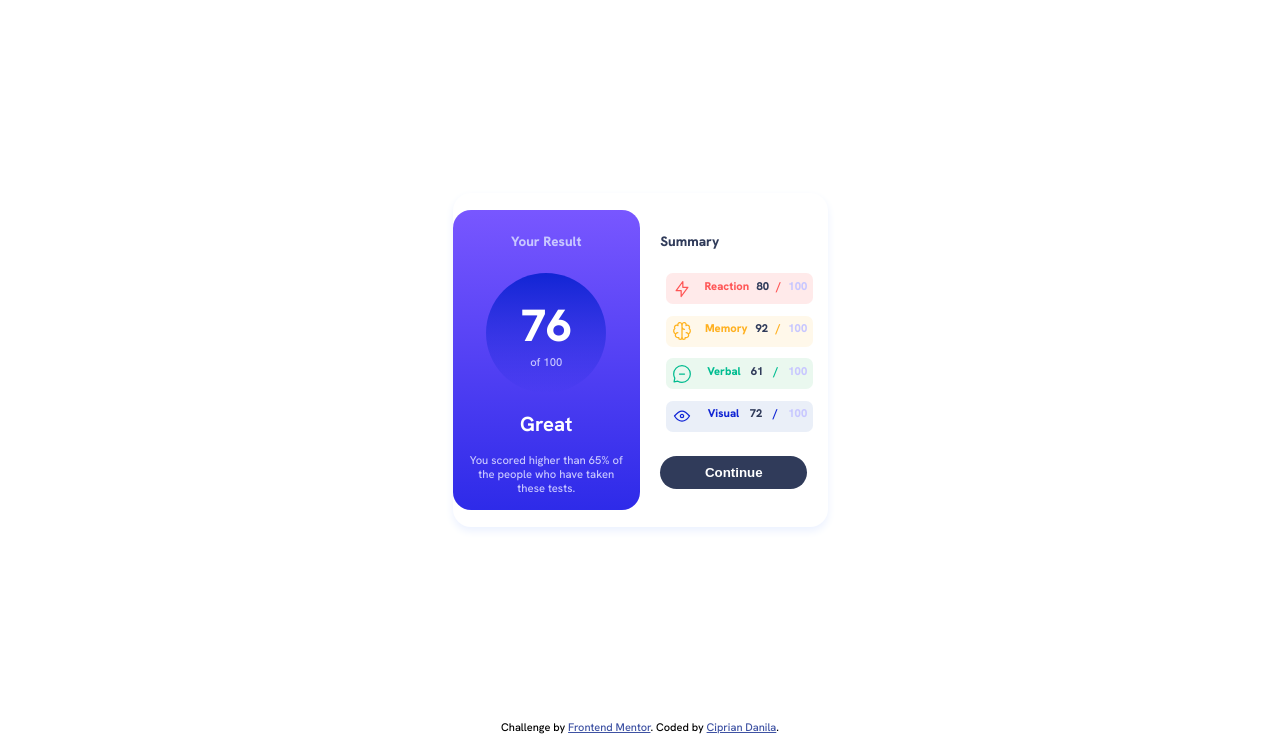
Repository: cipdanila/results-summary-component
Page: index.html
These files come from the project's save history. The page is drawn as it stood at one moment and after the next save; the edit follows.
The browser window is 1280 px wide. The pictures show the whole page.

Above is the page before, as saved 2024-02-02 20:38:23.

### index.html
<!DOCTYPE html>
<html lang="en">
    <head>
        <meta charset="UTF-8" />
        <meta name="viewport" content="width=device-width, initial-scale=1.0" />
        <!-- displays site properly based on user's device -->

        <link rel="icon" type="image/png" sizes="32x32" href="./assets/images/favicon-32x32.png" />
        <link rel="stylesheet" href="styles.css" />
        <title>Frontend Mentor | Results summary component</title>
    </head>
    <body>
        <main>
            <div class="card">
                <div class="result">
                    <p id="result-title">Your Result</p>
                    <div class="score-circle">
                        <div class="big-num">76</div>
                        <div class="small-text">of 100</div>
                    </div>
                    <h4>Great</h4>
                    <p>You scored higher than 65% of the people who have taken these tests.</p>
                </div>
                <div class="summary">
                    <p id="summary">Summary</p>
                    <div class="reaction">
                        <img src="./assets/images/icon-reaction.svg" alt="raction icon" />
                        <p>Reaction</p> <span class="percent">80</span> / <span class="hundred">100</span>
                    </div>
                    <div class="memory">
                        <img src="./assets/images/icon-memory.svg" alt="memory icon" />
                        <p>Memory</p> <span class="percent">92</span> / <span class="hundred">100</span>
                    </div>
                    <div class="verbal">
                        <img src="./assets/images/icon-verbal.svg" alt="verbal icon" />
                        <p>Verbal</p> <span class="percent">61</span> / <span class="hundred">100</span>
                    </div>
                    <div class="visual">
                        <img src="./assets/images/icon-visual.svg" alt="visual icon" />
                        <p>Visual</p> <span class="percent">72</span> / <span class="hundred">100</span>
                    </div>
                    <button class="continue" type="button">Continue</button>
                </div>
            </div>
        </main>

        <footer>
            <div class="attribution">
                Challenge by
                <a
                    href="https://www.frontendmentor.io/challenges/results-summary-component-CE_K6s0maV/hub"
                    target="_blank"
                    rel="noopener noreferer"
                    >Frontend Mentor</a
                >. Coded by <a href="https://github.com/cipdanila" target="_blank" rel="noopener noreferer">Ciprian Danila</a>.
            </div>
        </footer>
    </body>
</html>

### styles.css
@import url("https://fonts.googleapis.com/css2?family=Hanken+Grotesk:wght@500;700;800&display=swap");

:root {
    /* Colors */
    /* Primary */
    --light-red: hsl(0, 100%, 67%);
    --orange-yellow: hsl(39, 100%, 56%);
    --green-teal: hsl(166, 100%, 37%);
    --cobalt-blue: hsl(234, 85%, 45%);
    /* Gradients */
    --light-slate-blue: hsl(252, 100%, 67%); /*  (background) */
    --light-royal-blue: hsl(241, 81%, 54%); /* (background) */

    --violet-blue: hsla(256, 72%, 46%, 1); /* (circle) */
    --persian-blue: hsla(241, 72%, 46%, 0); /* (circle) */
    /* Neutral */
    --white: hsl(0, 0%, 100%);
    --pale-blue: hsl(221, 100%, 96%);
    --light-lavender: hsl(241, 100%, 89%);
    --dark-gray-blue: hsl(224, 30%, 27%);
}

*,
*::after,
*::before {
    box-sizing: border-box;
    margin: 0;
    padding: 0;
}

body,
html {
    height: 100%;
    font-family: "Hanken Grotesk", sans-serif;
    font-size: 1.125rem; /* 18px */
    font-weight: 300;
    background-color: var(--white);
}

main {
    display: flex;
    justify-content: center;
    align-items: center;
    height: 100%;
}

.card {
    max-width: 375px;
    border-radius: 1rem;
    box-shadow: 0 4px 8px 0 var(--pale-blue);
    display: flex;
    justify-content: center;
    align-items: center;
    background-color: var(--white);
}

.result {
    width: 50%;
    display: flex;
    flex-direction: column;
    justify-content: center;
    align-items: center;
    background: linear-gradient(to bottom, var(--light-slate-blue) 0%, var(--light-royal-blue) 100%);
    color: var(--white);
    border-radius: 1rem;
}

.result #result-title {
    padding: 1.25rem;
    font-weight: 800;
    font-size: 0.75rem;
}

.score-circle {
    width: 120px;
    height: 120px;
    border-radius: 50%;
    background: linear-gradient(to bottom, var(--cobalt-blue) 0%, var(--persian-blue) 100%);
    display: flex;
    flex-direction: column;
    justify-content: center;
    align-items: center;
}

.big-num {
    font-size: 2.5rem;
    font-weight: 800;
}

.small-text {
    font-size: 0.625rem;
    color: var(--light-lavender);
}

.result h4 {
    padding-top: 1rem;
}

.result p {
    font-size: 0.625rem;
    color: var(--light-lavender);
    padding: 0.875rem;
    text-align: center;
}

.summary {
    width: 50%;
    height: auto;
    display: flex;
    flex-direction: column;
    justify-content: center;
    padding: 1.125rem;
    font-weight: 800;
}

.summary p#summary {
    padding: 1rem 0;
    font-size: 0.75rem;
    font-weight: 800;
    color: var(--dark-gray-blue);
}

.summary div {
    width: 100%;
    padding: 0.313rem;
    margin: 0.313rem;
    font-size: 0.625rem;
    display: flex;
    justify-content: space-between;
    border-radius: 0.375rem;
}

.summary div img {
    margin-right: 0.313rem;
    width: auto;
}

.summary .percent {
    color: var(--dark-gray-blue);
}

.summary .hundred {
    color: var(--light-lavender);
}

.summary .reaction {
    background-color: rgba(255, 51, 51, 0.1);
    color: var(--light-red);
}

.summary .memory {
    background-color: rgba(255, 187, 51, 0.1);
    color: var(--orange-yellow);
}

.summary .verbal {
    background-color: rgba(51, 187, 102, 0.1);
    color: var(--green-teal);
}

.summary .visual {
    background-color: rgba(51, 102, 187, 0.1);
    color: var(--cobalt-blue);
    border-radius: 0.375rem;
}

button {
    width: 100%;
    padding: 0.5rem;
    margin: 1rem auto;
    display: flex;
    justify-content: center;
    align-items: center;
    color: var(--white);
    background-color: var(--dark-gray-blue);
    font-weight: 700;
    border-radius: 1rem;
    border: none;
    cursor: pointer;
}

.attribution {
    font-size: 11px;
    text-align: center;
}
.attribution a {
    color: hsl(228, 45%, 44%);
}

After the next save:
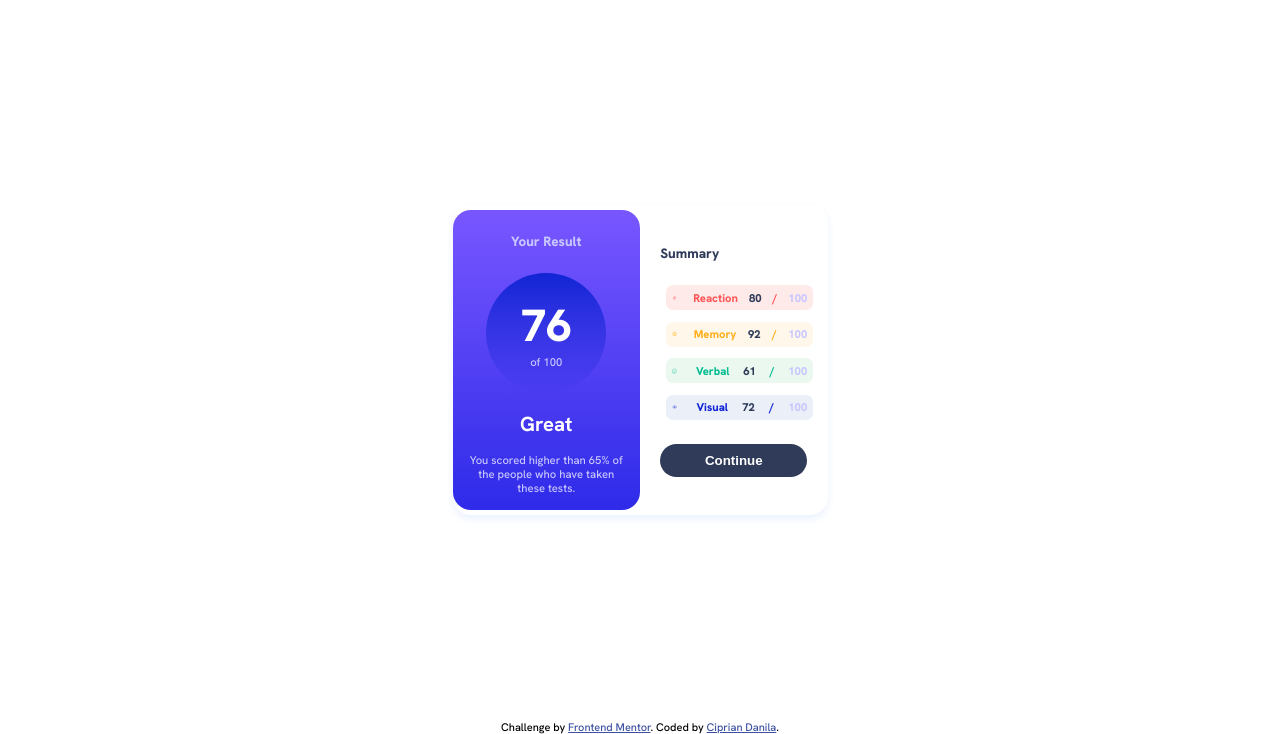
Saved 10 s later.
--- a/styles.css
+++ b/styles.css
@@ -132,7 +132,7 @@
 
 .summary div img {
     margin-right: 0.313rem;
-    width: auto;
+    width: 5px;
 }
 
 .summary .percent {
